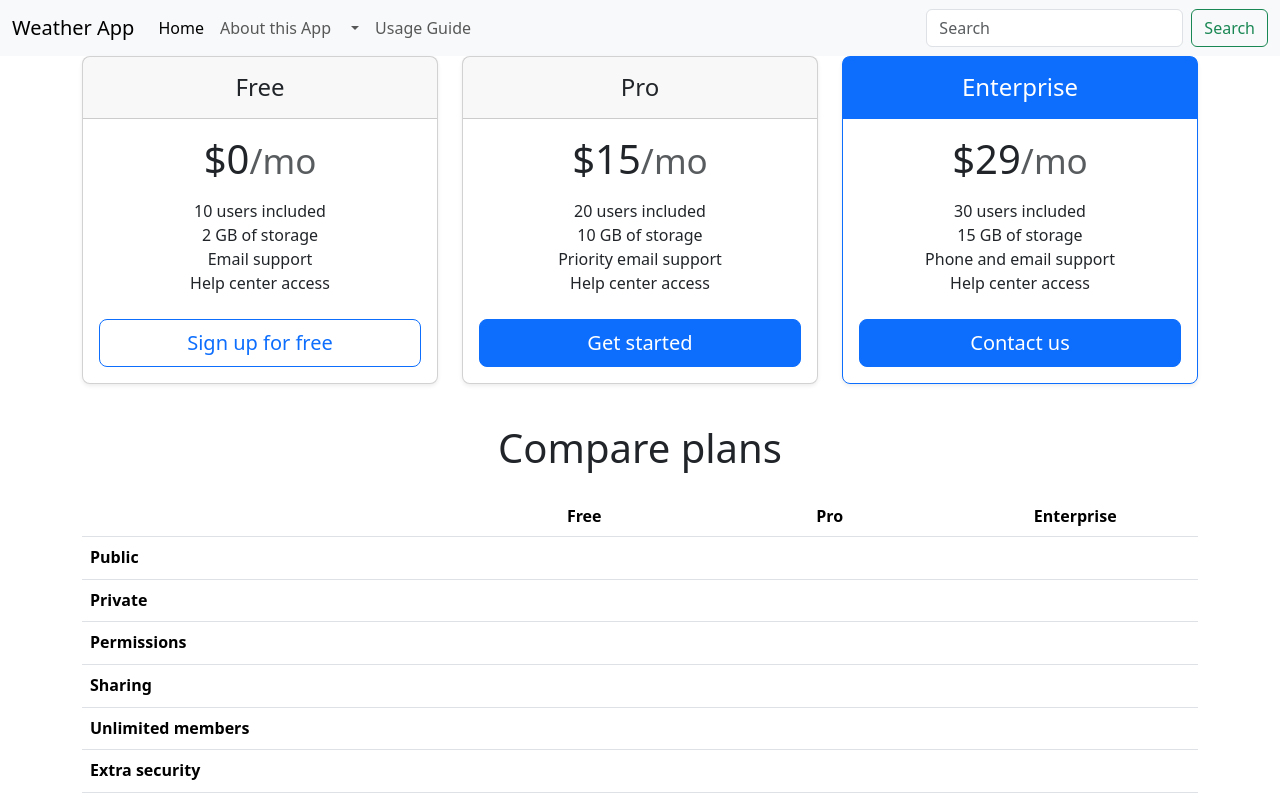
Repository: Abhilash2909/weather
Page: index.html
An editor plug-in stored every save of this project. The page is shown before and after the next save, followed by the edit.
The browser window is 1280 px wide. The pictures show the whole page.
The page's requests for data from a server got no answer.

Above is the page before, as saved 2024-02-10 19:57:28.

### index.html
<!doctype html>
<html lang="en">
  <head>
    <meta charset="utf-8">
    <meta name="viewport" content="width=device-width, initial-scale=1">
    <title>My Weather App</title>
    <link href="https://cdn.jsdelivr.net/npm/bootstrap@5.3.2/dist/css/bootstrap.min.css" rel="stylesheet" integrity="sha384-T3c6CoIi6uLrA9TneNEoa7RxnatzjcDSCmG1MXxSR1GAsXEV/Dwwykc2MPK8M2HN" crossorigin="anonymous">
  </head>
  <body>
    <nav class="navbar navbar-expand-lg bg-body-tertiary">
        <div class="container-fluid">
          <a class="navbar-brand" href="#">Weather App</a>
          <button class="navbar-toggler" type="button" data-bs-toggle="collapse" data-bs-target="#navbarSupportedContent" aria-controls="navbarSupportedContent" aria-expanded="false" aria-label="Toggle navigation">
            <span class="navbar-toggler-icon"></span>
          </button>
          <div class="collapse navbar-collapse" id="navbarSupportedContent">
            <ul class="navbar-nav me-auto mb-2 mb-lg-0">
              <li class="nav-item">
                <a class="nav-link active" aria-current="page" href="#">Home</a>
              </li>
              <li class="nav-item">
                <a class="nav-link" href="#">About this App</a>
              </li>
              <li class="nav-item dropdown">
                <a class="nav-link dropdown-toggle" href="#" role="button" data-bs-toggle="dropdown" aria-expanded="false">
                </a>
                <ul class="dropdown-menu">
                  <li><a class="dropdown-item" href="#">Delhi</a></li>
                  <li><a class="dropdown-item" href="#">Seattle</a></li>
                  <li><hr class="dropdown-divider"></li>
                  <li><a class="dropdown-item" href="#">Bangalore</a></li>
                </ul>
              </li>
              <li class="nav-item">
                <a class="nav-link" aria-disabled="true">Usage Guide</a>
              </li>
            </ul>
            <form class="d-flex" role="search">
              <input class="form-control me-2" type="search" placeholder="Search" aria-label="Search">
              <button class="btn btn-outline-success" type="submit">Search</button>
            </form>
          </div>
        </div>
      </nav>

      <div class="container"><main>
        <div class="row row-cols-1 row-cols-md-3 mb-3 text-center">
          <div class="col">
            <div class="card mb-4 rounded-3 shadow-sm">
              <div class="card-header py-3">
                <h4 class="my-0 fw-normal">Free</h4>
              </div>
              <div class="card-body">
                <h1 class="card-title pricing-card-title">$0<small class="text-body-secondary fw-light">/mo</small></h1>
                <ul class="list-unstyled mt-3 mb-4">
                  <li>10 users included</li>
                  <li>2 GB of storage</li>
                  <li>Email support</li>
                  <li>Help center access</li>
                </ul>
                <button type="button" class="w-100 btn btn-lg btn-outline-primary">Sign up for free</button>
              </div>
            </div>
          </div>
          <div class="col">
            <div class="card mb-4 rounded-3 shadow-sm">
              <div class="card-header py-3">
                <h4 class="my-0 fw-normal">Pro</h4>
              </div>
              <div class="card-body">
                <h1 class="card-title pricing-card-title">$15<small class="text-body-secondary fw-light">/mo</small></h1>
                <ul class="list-unstyled mt-3 mb-4">
                  <li>20 users included</li>
                  <li>10 GB of storage</li>
                  <li>Priority email support</li>
                  <li>Help center access</li>
                </ul>
                <button type="button" class="w-100 btn btn-lg btn-primary">Get started</button>
              </div>
            </div>
          </div>
          <div class="col">
            <div class="card mb-4 rounded-3 shadow-sm border-primary">
              <div class="card-header py-3 text-bg-primary border-primary">
                <h4 class="my-0 fw-normal">Enterprise</h4>
              </div>
              <div class="card-body">
                <h1 class="card-title pricing-card-title">$29<small class="text-body-secondary fw-light">/mo</small></h1>
                <ul class="list-unstyled mt-3 mb-4">
                  <li>30 users included</li>
                  <li>15 GB of storage</li>
                  <li>Phone and email support</li>
                  <li>Help center access</li>
                </ul>
                <button type="button" class="w-100 btn btn-lg btn-primary">Contact us</button>
              </div>
            </div>
          </div>
        </div>

        <h2 class="display-6 text-center mb-4">Compare plans</h2>

        <div class="table-responsive">
          <table class="table text-center">
            <thead>
              <tr>
                <th style="width: 34%;"></th>
                <th style="width: 22%;">Free</th>
                <th style="width: 22%;">Pro</th>
                <th style="width: 22%;">Enterprise</th>
              </tr>
            </thead>
            <tbody>
              <tr>
                <th scope="row" class="text-start">Public</th>
                <td><svg class="bi" width="24" height="24"><use xlink:href="#check"></use></svg></td>
                <td><svg class="bi" width="24" height="24"><use xlink:href="#check"></use></svg></td>
                <td><svg class="bi" width="24" height="24"><use xlink:href="#check"></use></svg></td>
              </tr>
              <tr>
                <th scope="row" class="text-start">Private</th>
                <td></td>
                <td><svg class="bi" width="24" height="24"><use xlink:href="#check"></use></svg></td>
                <td><svg class="bi" width="24" height="24"><use xlink:href="#check"></use></svg></td>
              </tr>
            </tbody>

            <tbody>
              <tr>
                <th scope="row" class="text-start">Permissions</th>
                <td><svg class="bi" width="24" height="24"><use xlink:href="#check"></use></svg></td>
                <td><svg class="bi" width="24" height="24"><use xlink:href="#check"></use></svg></td>
                <td><svg class="bi" width="24" height="24"><use xlink:href="#check"></use></svg></td>
              </tr>
              <tr>
                <th scope="row" class="text-start">Sharing</th>
                <td></td>
                <td><svg class="bi" width="24" height="24"><use xlink:href="#check"></use></svg></td>
                <td><svg class="bi" width="24" height="24"><use xlink:href="#check"></use></svg></td>
              </tr>
              <tr>
                <th scope="row" class="text-start">Unlimited members</th>
                <td></td>
                <td><svg class="bi" width="24" height="24"><use xlink:href="#check"></use></svg></td>
                <td><svg class="bi" width="24" height="24"><use xlink:href="#check"></use></svg></td>
              </tr>
              <tr>
                <th scope="row" class="text-start">Extra security</th>
                <td></td>
                <td></td>
                <td><svg class="bi" width="24" height="24"><use xlink:href="#check"></use></svg></td>
              </tr>
            </tbody>
          </table>
        </div>
      </main></div>
    <script src="https://cdn.jsdelivr.net/npm/bootstrap@5.3.2/dist/js/bootstrap.bundle.min.js" integrity="sha384-C6RzsynM9kWDrMNeT87bh95OGNyZPhcTNXj1NW7RuBCsyN/o0jlpcV8Qyq46cDfL" crossorigin="anonymous"></script>
    <script src="script.js"></script>
</body>
</html>

### script.js
// const options = {
// method: 'GET',
// headers: {
//         'X-RapidAPI-Key': 'b45e96323fmshf5e4bc50d3b8a90p1e091djsnfb21cde4eb87',
// '       X-RapidAPI-Host': 'weather-by-api-ninjas.p.rapidapi.com'
//     }
// };

// fetch('https://weather-by-api-ninjas.p.rapidapi.com/v1/weather?city=Seattle', options)
//     .then(response => response.json())
//     .then(response => console.log(response))
//     .catch(err => console.error(err));



const options = {
    method: 'GET',
    headers: {
      'X-RapidAPI-Key': 'b45e96323fmshf5e4bc50d3b8a90p1e091djsnfb21cde4eb87',
      'X-RapidAPI-Host': 'weather-by-api-ninjas.p.rapidapi.com'
    }
  };

  fetch('https://weather-by-api-ninjas.p.rapidapi.com/v1/weather?city=Seattle', options)
    .then(response => response.json())
    .then(data => console.log(data))
    .catch(error => console.error(error));

After the next save:
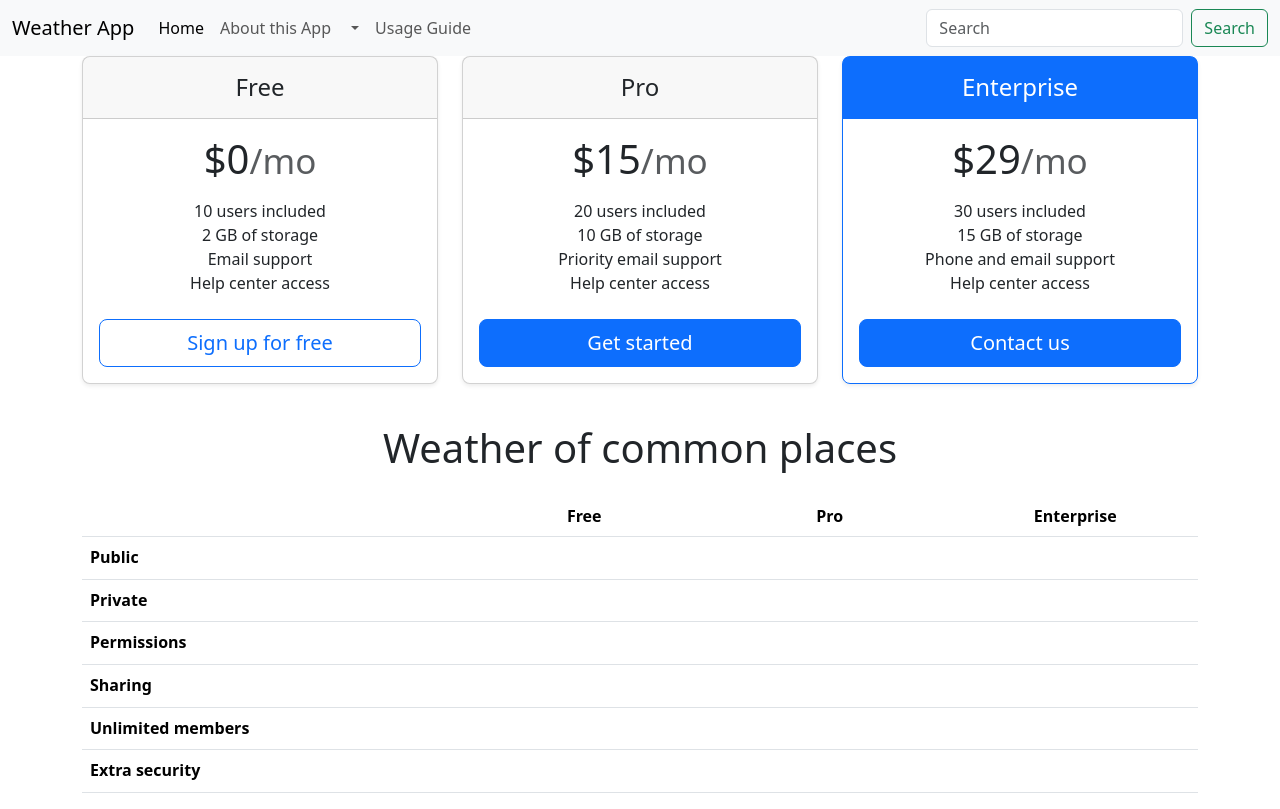
Saved 9 min 13 s later.
--- a/index.html
+++ b/index.html
@@ -98,7 +98,7 @@
           </div>
         </div>
 
-        <h2 class="display-6 text-center mb-4">Compare plans</h2>
+        <h2 class="display-6 text-center mb-4">Weather of common places</h2>
 
         <div class="table-responsive">
           <table class="table text-center">
